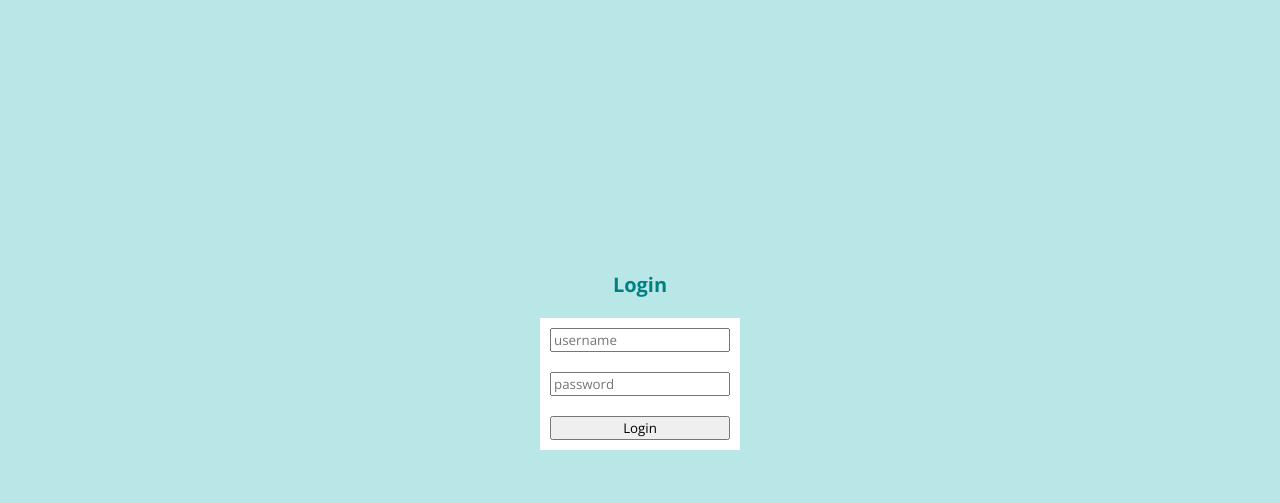
Repository: juansesu3/Blog-Full-Stack
Page: /login (app in client/blog/)
The author's editor kept a copy of each file at every save. The page is drawn from the files as they stood at one save, then again after a run of saves.
The browser window is 1280 px wide. The pictures show the whole page.
The project was rebuilt for these pictures with package versions that can differ from the ones it lists, and the page was loaded fresh each time. Also part of the build but not shown: client/blog/vite.config.js, client/blog/src/pages/Register.jsx, client/blog/src/pages/Single.jsx, client/blog/src/pages/Write.jsx, client/blog/src/pages/Home.jsx, client/blog/src/components/Navbar.jsx, client/blog/src/components/Footer.jsx.

Above is the page before, as saved 2023-04-18 13:41:01.

After the next 5 saves:
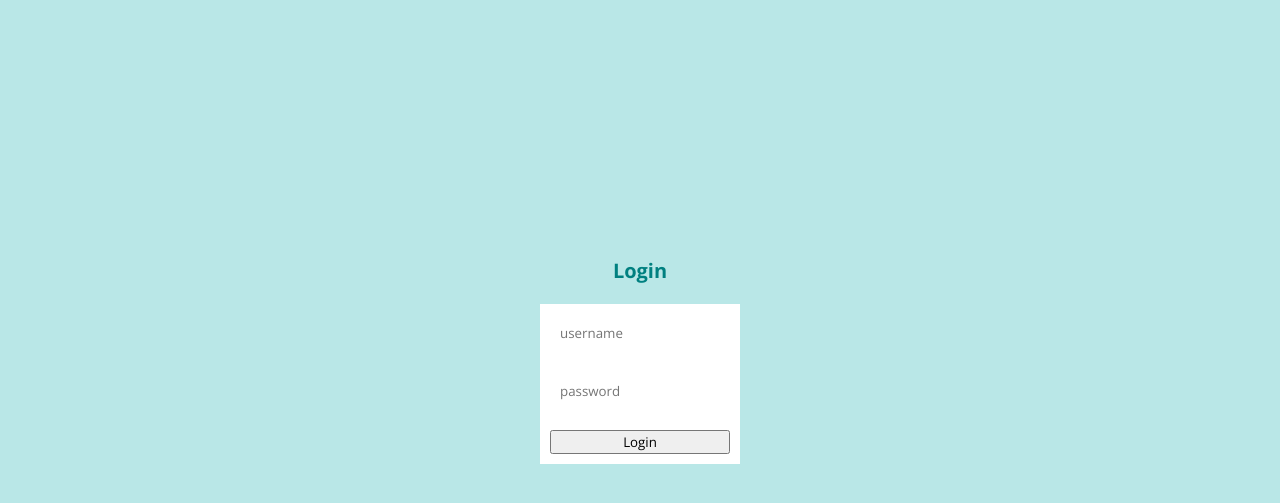
The 5 saves are shown as one change because they came seconds apart.
The last was saved 15 s later.
--- a/client/blog/src/style.scss
+++ b/client/blog/src/style.scss
@@ -31,6 +31,8 @@ $lightGreen: #b9e7e7;
             gap: 20px;
         }
         input{
+            padding: 10px;
+            border: none;
 
         }
 
